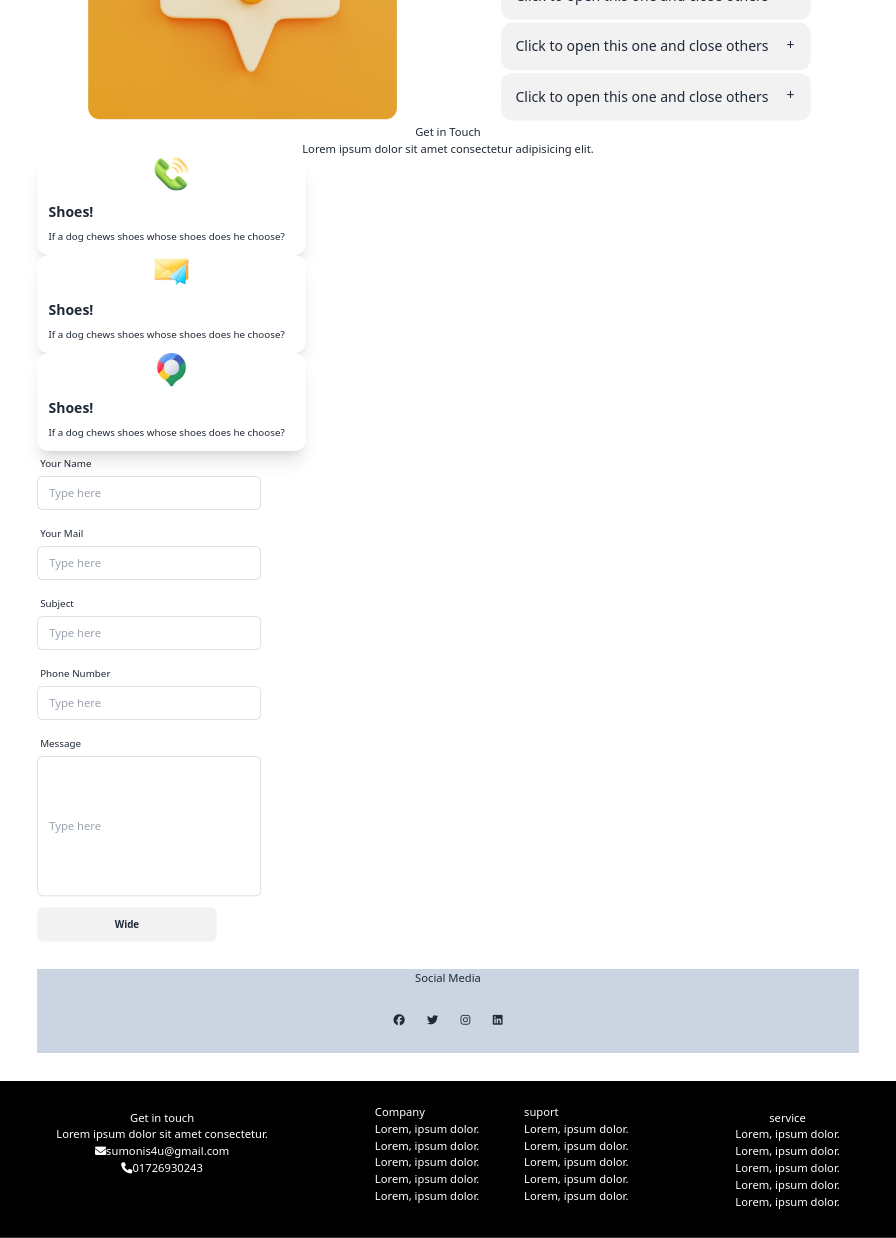
Repository: sumonkumarsarkar/bd-hockeys-team
Page: index.html
An editor plug-in stored every save of this project. The page is shown before and after the next save, followed by the edit.
The browser window is 1280 px wide. The pictures show the part of the page from y = 2906 to 4826 px (the page is 4674 px tall before and 4826 px after), at 70% of full size.
Some web libraries are served in a nearby version.

Above is the page before, as saved 2024-01-24 00:54:40.

After the next save:
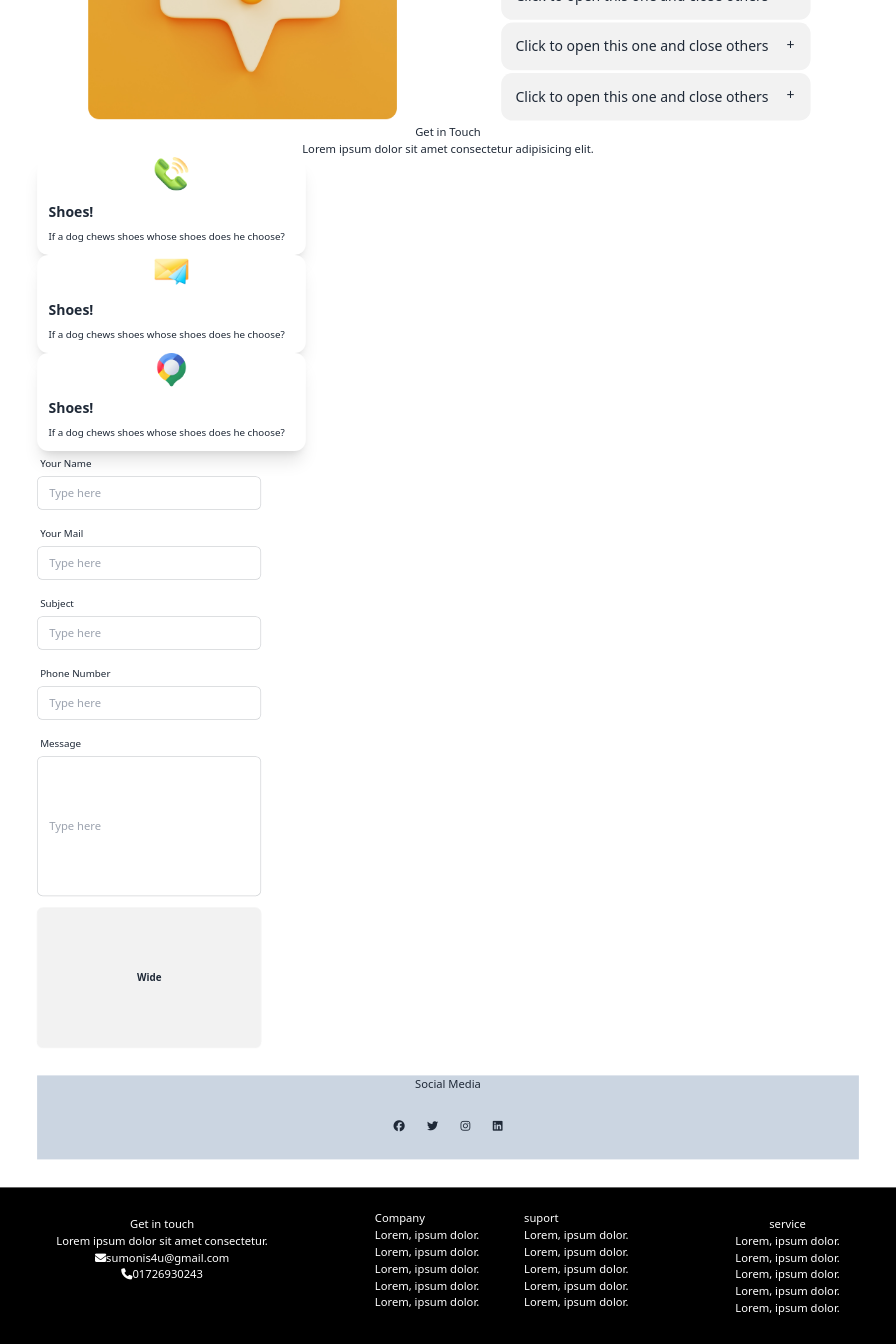
Saved 25 s later.
--- a/index.html
+++ b/index.html
@@ -541,7 +541,7 @@
         </div>
       </label>
 </div>
-<button class="btn btn-wide">Wide</button>
+<button class="btn btn-wide w-full h-[200px] max-w-xs">Wide</button>
 
 
 

After the save that followed:
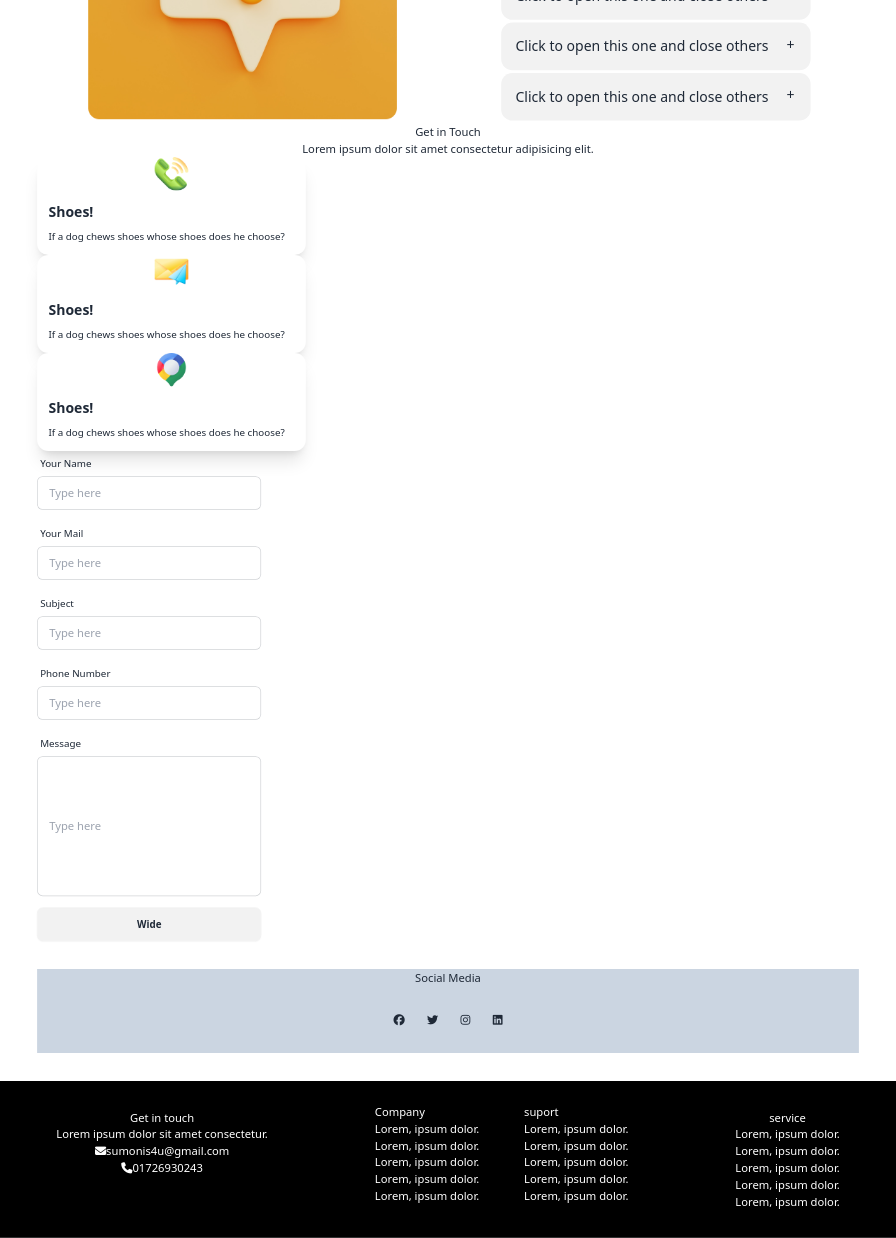
Saved 14 s later.
--- a/index.html
+++ b/index.html
@@ -541,7 +541,7 @@
         </div>
       </label>
 </div>
-<button class="btn btn-wide w-full h-[200px] max-w-xs">Wide</button>
+<button class="btn btn-wide w-full max-w-xs">Wide</button>
 
 
 
